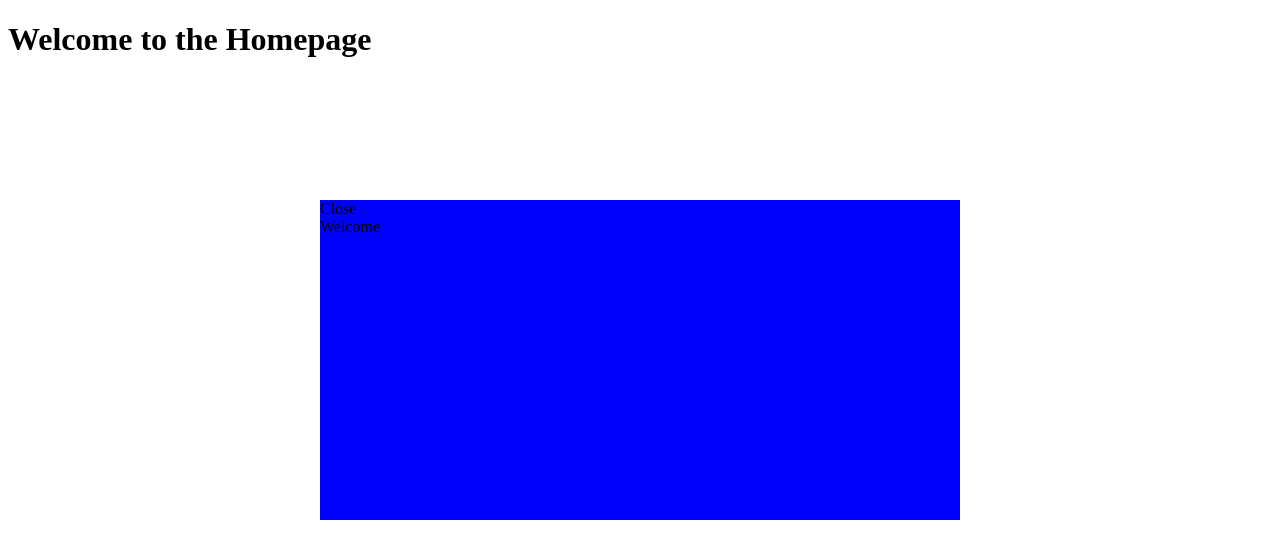
Repository: juliet-jskim/week9-popup-MDIA2109
Page: /
An editor plug-in stored every save of this project. The page is shown before and after the next save, followed by the edit.
The browser window is 1280 px wide. The pictures show the whole page.
The project was rebuilt for these pictures with package versions that can differ from the ones it lists, and the page was loaded fresh each time. The framework's server and built-in components were replaced by stand-ins that run in the browser. Also part of the build but not shown: next.config.js.

Above is the page before, as saved 2023-02-27 09:58:15.

### pages/index.js
import Head from 'next/head'
import Image from 'next/image'
import styles from '@/styles/Home.module.css'
import Ad from '@/components/Ad'


export default function Home() {
  return (
    <>
      <Head>
        <title>Create Next App</title>
        <meta name="description" content="Generated by create next app" />
        <meta name="viewport" content="width=device-width, initial-scale=1" />
        <link rel="icon" href="/favicon.ico" />
      </Head>
      <main className={styles.main}>
        <h1>Welcome to the Homepage</h1>
        <Ad/>
      </main>
    </>
  )
}

### styles/globals.css
:root {

}

### styles/Home.module.css
.main {

}

### components/Ad/index.js
import { useState } from "react"
import styles from './Ad.module.css'

export default function Ad() {

    const [popup, setPopup] = useState(true); //if theres only 2 different values, e.g yes/no, you can use boolean values


    return (
        <>
        {
            popup ?
            <div className={styles.container}>
                    <div className={styles.popup__area}>
                        <div onClick={() => setPopup(false)}>Close</div>
                        Welcome
                    </div>
            </div>
            : <></> //if false, it will show up empty
        }
        </>
    )
}

### components/Ad/Ad.module.css
.container {
    background-color: rgba(20,20,20,20 0.8);
    position: absolute;
    top: 0px;
    right: 0px;
    bottom: 0px;
    left:0px;
}

.popup__area {
    margin: 0px;
    background: blue;
    position: absolute;
    height: 20rem;
    width: 40rem;
    top:50%;
    left:50%;
    margin-right: -50%;
    transform: translate(-50%, -50%);
}

Loaded but not shown: pages/_app.js (common file); pages/_document.js (common file)

After the next save:
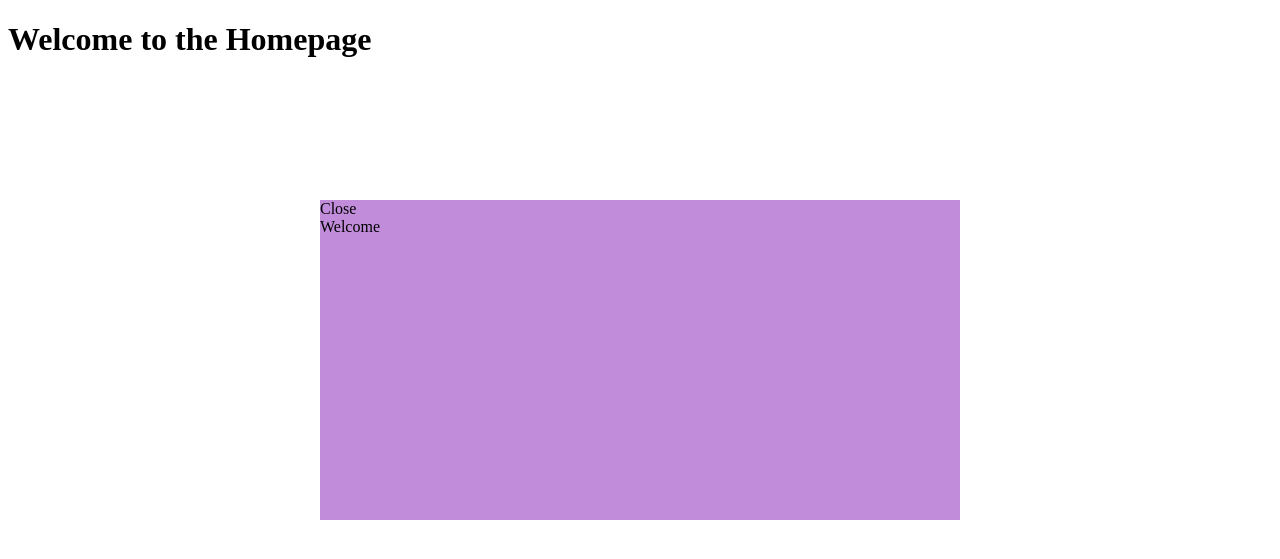
Saved 48 s later.
--- a/components/Ad/Ad.module.css
+++ b/components/Ad/Ad.module.css
@@ -9,7 +9,7 @@
 
 .popup__area {
     margin: 0px;
-    background: blue;
+    background: rgb(193, 141, 219);
     position: absolute;
     height: 20rem;
     width: 40rem;
